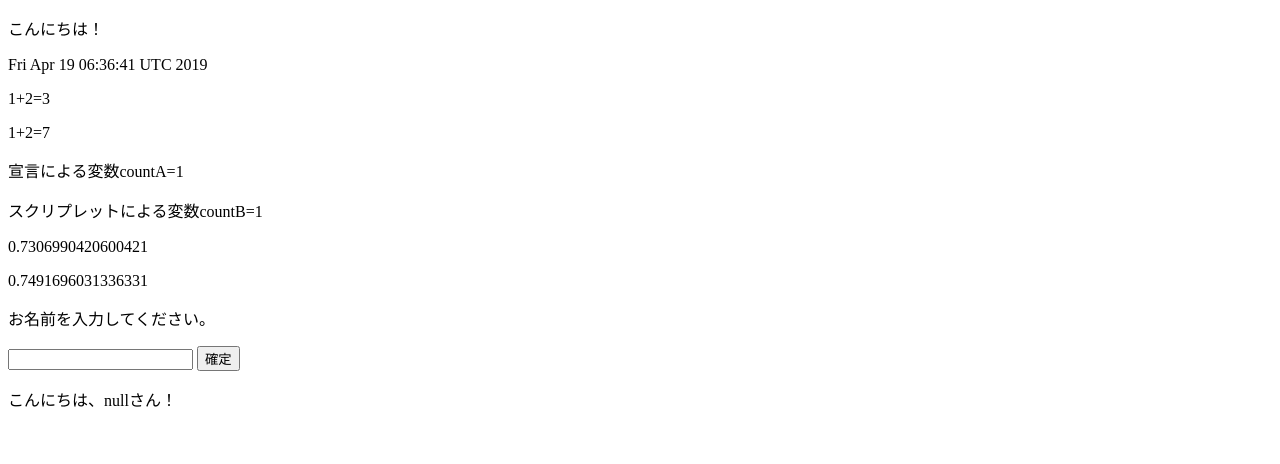
Repository: Sakamoto-Akira/test
Page: http://localhost/HelloJSP/
These files come from the project's save history. The page is drawn as it stood at one moment and after the next save; the edit follows.
The browser window is 1280 px wide. The pictures show the whole page.
The page is served by Tomcat 9.

Above is the page before, as saved 2019-04-19 07:47:42.

### HelloJSP/WebContent/index.jsp
<%@ page language="java" contentType="text/html; charset=UTF-8" pageEncoding="UTF-8" %>
<!DOCTYPE html>

<html>
<head>
<meta charset="utf-8">
<title>TEST</title>
</head>
<body>
<p>こんにちは！</p>
<% out.println(new java.util.Date()); %>

<%!
static int add(int a,int b){
	return a+b;
}
%>

<p>1+2=<%=add(1,2) %></p>
<p>1+2=<%=add(3,4) %></p>

<%! static int countA=0; %>
<%
int countB=0;
countA++;
countB++;
%>

<p>宣言による変数countA=<%=countA %></p>
<p>スクリプレットによる変数countB=<%=countB %></p>

<p><% out.println(Math.random()); %></p>
<p><%=Math.random() %></p>

<p>お名前を入力してください。</p>
<form method="post" action="greeting-out.jsp">
<input type="text" name="user">
<input type="submit" value="確定">
</form>

<% request.setCharacterEncoding("UTF-8"); %>
<p>こんにちは、<%=request.getParameter("user") %>さん！</p>
</body>
</html>

After the next save:
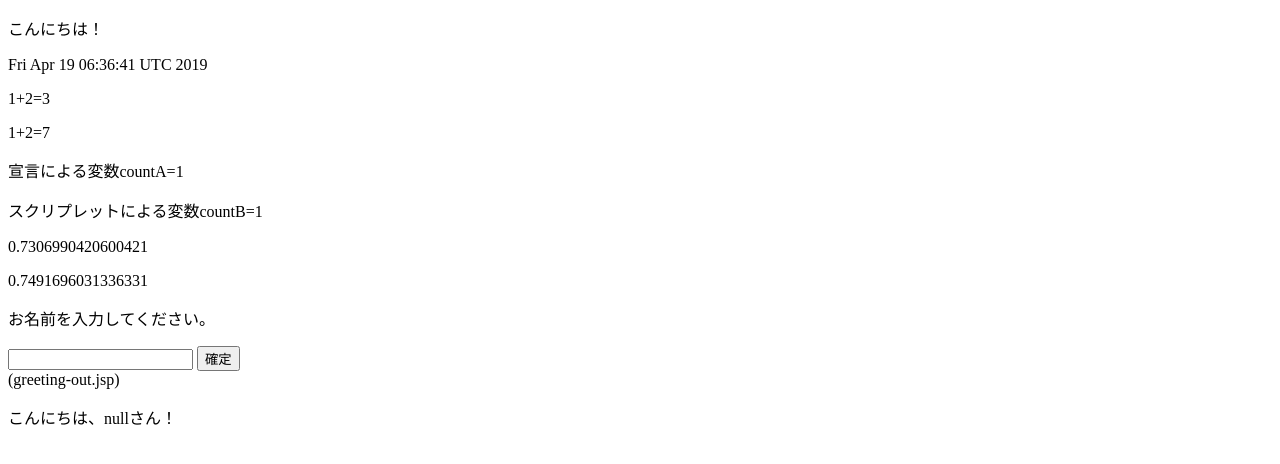
Saved 2 min 25 s later.
--- a/HelloJSP/WebContent/index.jsp
+++ b/HelloJSP/WebContent/index.jsp
@@ -38,6 +38,7 @@
 <input type="submit" value="確定">
 </form>
 
+(greeting-out.jsp)
 <% request.setCharacterEncoding("UTF-8"); %>
 <p>こんにちは、<%=request.getParameter("user") %>さん！</p>
 </body>

After the save that followed:
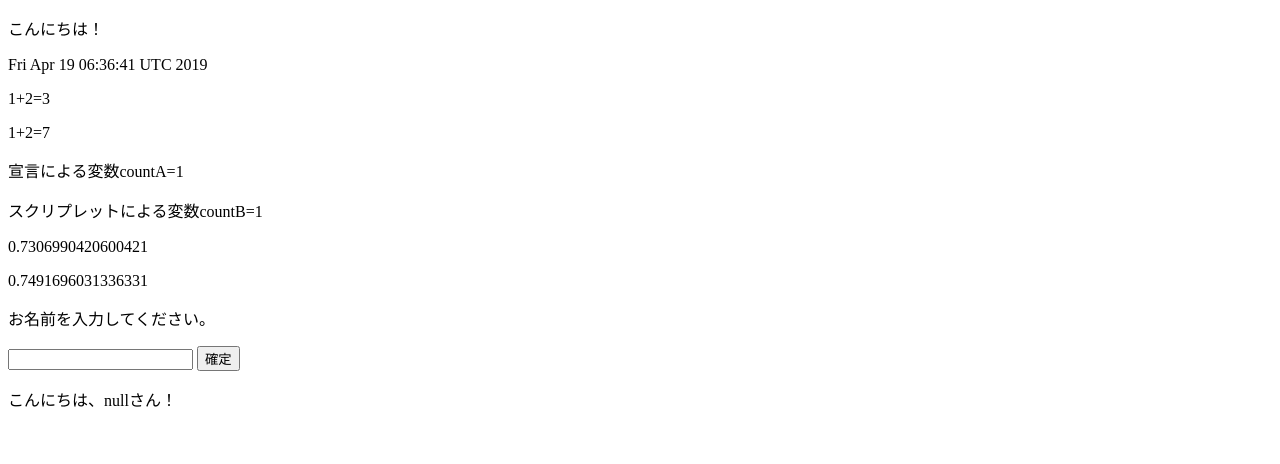
Saved 26 s later.
--- a/HelloJSP/WebContent/index.jsp
+++ b/HelloJSP/WebContent/index.jsp
@@ -38,7 +38,6 @@
 <input type="submit" value="確定">
 </form>
 
-(greeting-out.jsp)
 <% request.setCharacterEncoding("UTF-8"); %>
 <p>こんにちは、<%=request.getParameter("user") %>さん！</p>
 </body>
